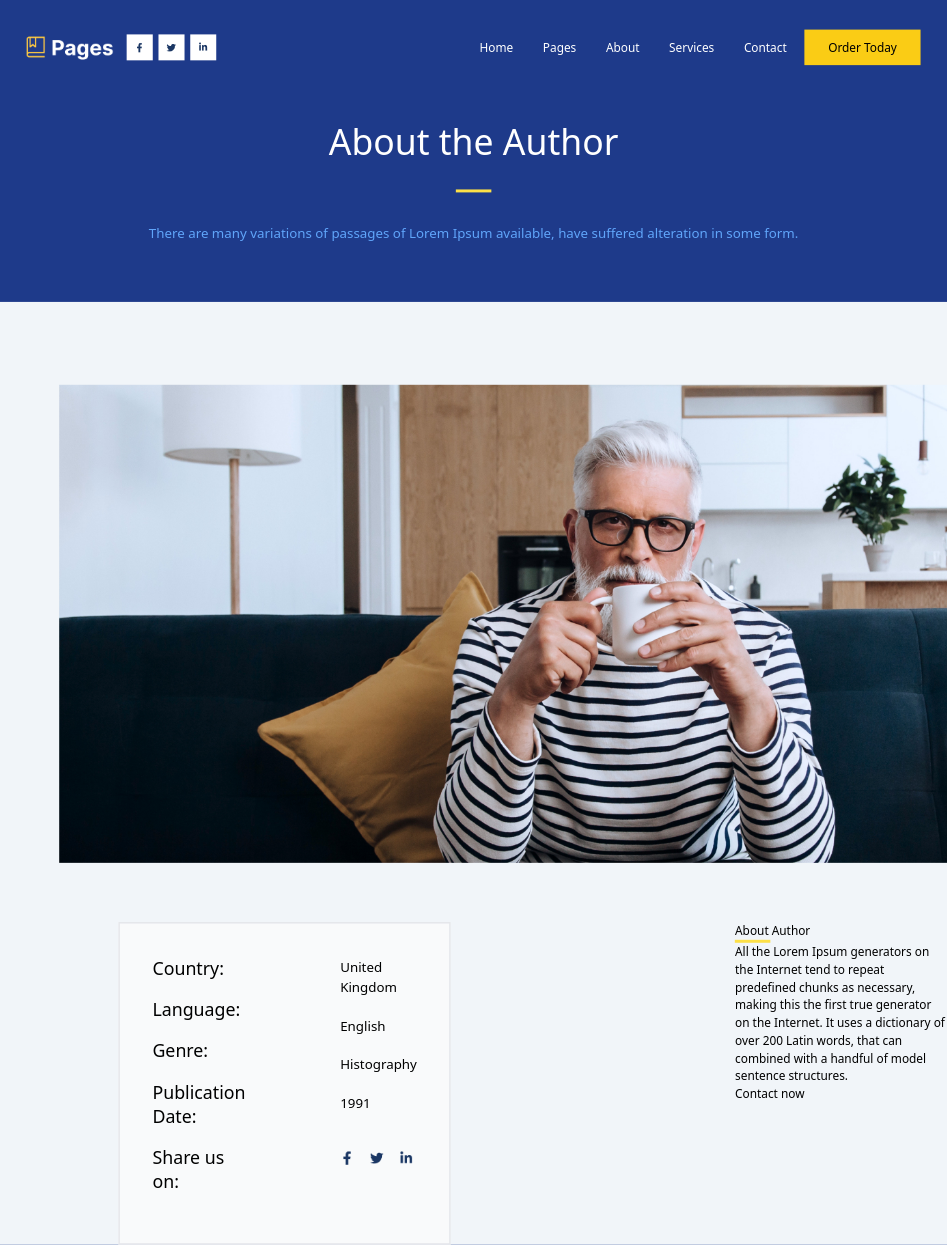
Repository: Godnorg/Class3
Page: index.html
The author's editor kept a copy of each file at every save. The page is drawn from the files as they stood at one save, then again after the next save.
The browser window is 1280 px wide. The pictures show the whole page, at 74% of full size.
Some web libraries are served in a nearby version.

Above is the page before, as saved 2023-02-20 02:35:16.

After the next save:
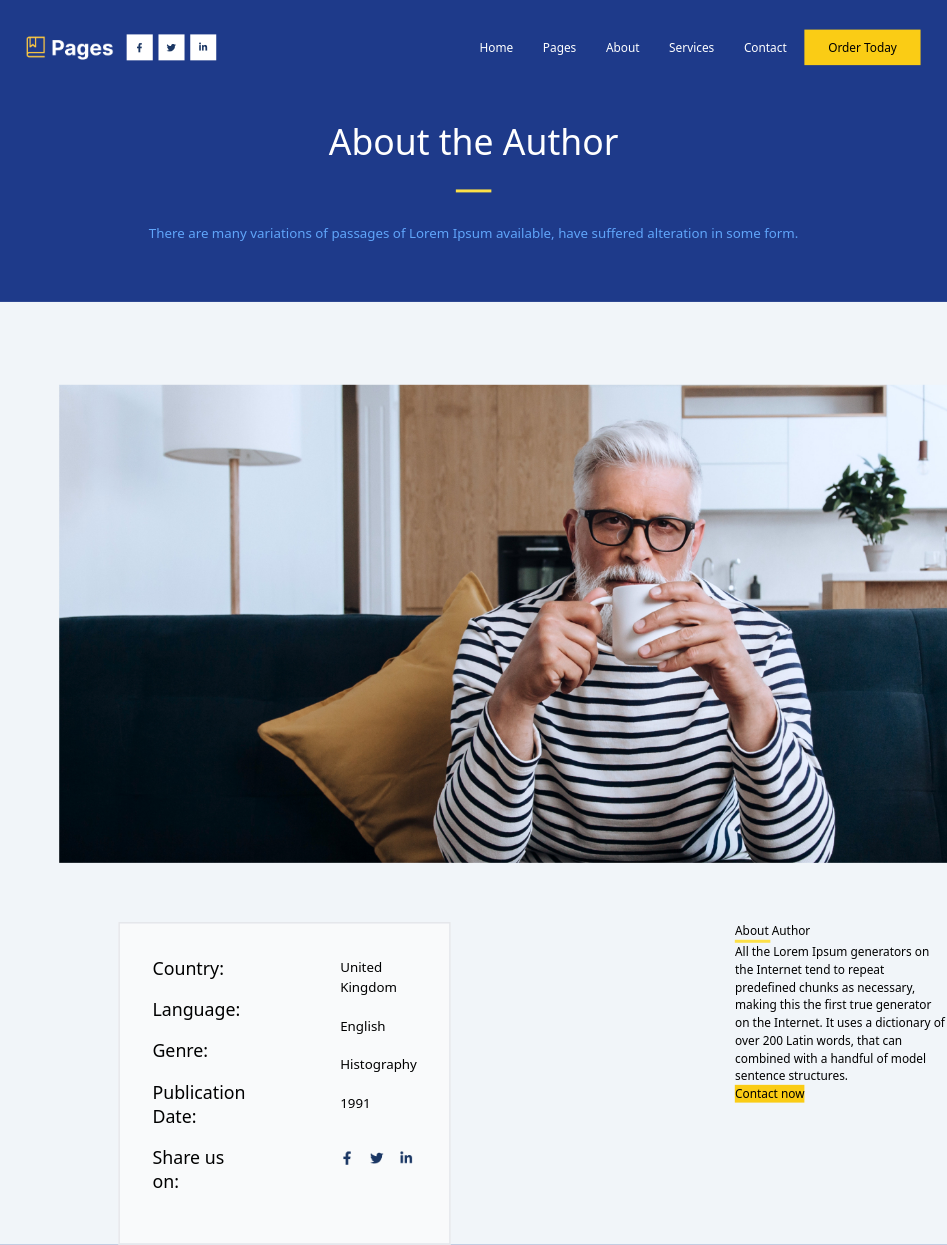
Saved 32 s later.
--- a/index.html
+++ b/index.html
@@ -59,7 +59,7 @@
           <h1>About Author</h1>
           <div class="w-12 h-1 bg-yellow-300"></div>
           <p>All the Lorem Ipsum generators on the Internet tend to repeat predefined chunks as necessary, making this the first true generator on the Internet. It uses a dictionary of over 200 Latin words, that can combined with a handful of model sentence structures.</p>
-          <button class="">Contact now</button>
+          <button class="mx-auto bg-yellow-400 font-sans-serif">Contact now</button>
         </div>
     </div>
 </div>
